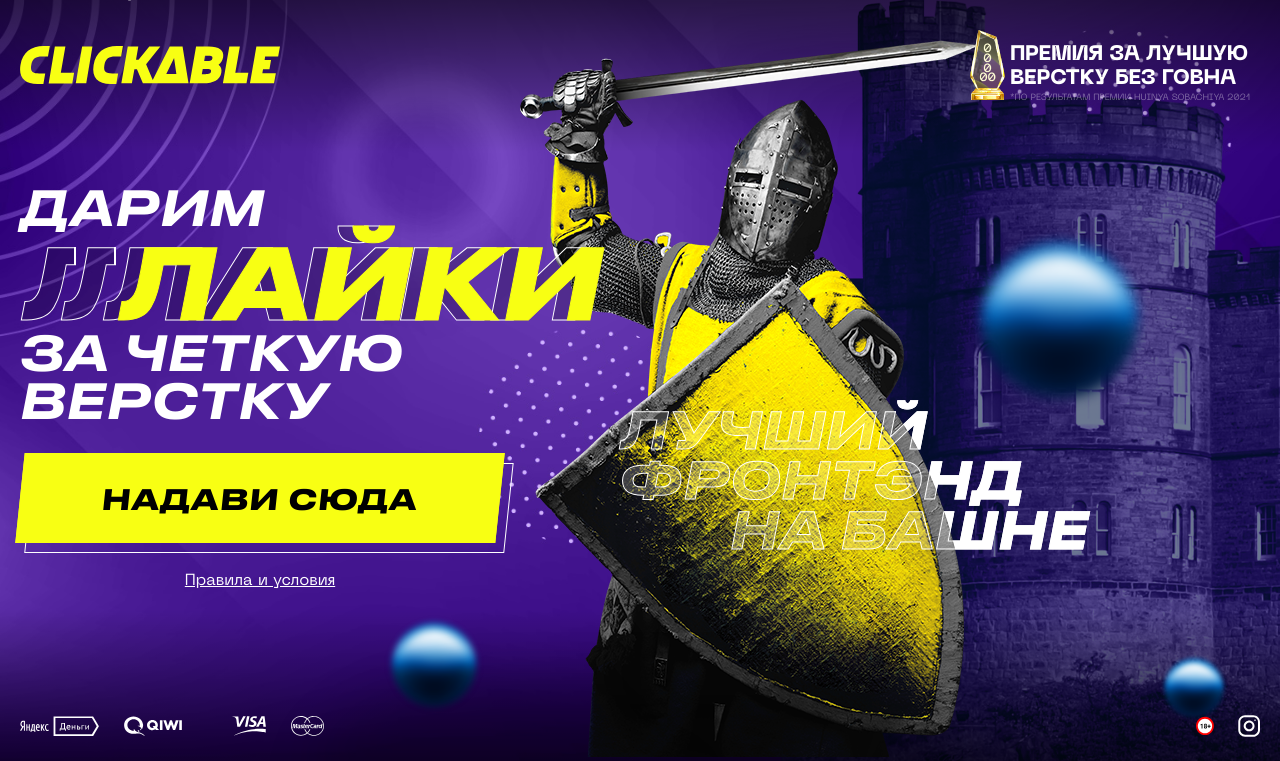
Repository: stanislavExtE/clickable_test
Page: app/index.html
The author's editor kept a copy of each file at every save. The page is drawn from the files as they stood at one save, then again after the next save.
The browser window is 1280 px wide. The pictures show the whole page.
The style sheet was rebuilt from its Sass, Less or Tailwind sources for each picture, by a compiler version that may differ from the author's.

Above is the page before, as saved 2021-01-14 12:05:30.

### app/index.html
<!DOCTYPE html>
<html xmlns="http://www.w3.org/1999/xhtml" lang="en">

<head>
	<meta http-equiv="Content-Type" content="text/html; charset=utf-8" />
	<meta name="format-detection" content="telephone=no">
	<meta name="viewport" content="width=device-width, initial-scale=1, maximum-scale=1">
	<title>Clickable - лучший фронтенд на башне</title>
	<link rel="icon" type="image/x-icon" href="favicon.ico" />
	<link rel="stylesheet" type="text/css" href="css/style.css" />
</head>

<body class="loaded">


	<!-- BEGIN BODY -->

	<div class="main-wrapper">

		<!-- BEGIN CONTENT -->

		<main class="content">
			<section class="info-section">
				<div class="wrapper">
					<div class="info">
						<div class="slogan info__slogan">
							<div class="slogan__content">
								<div class="slogan__text">
									<div class="slogan__text-stroke" data-text="лучший фронтэнд">лучший фронтэнд</div>
									<div class="slogan__text-stroke" data-text="на башне">на башне</div>
								</div>
								<!-- <img src="img/knight.png" srcset="knight_mob.png 200w,
								img/knight.png 760w"  sizes="(max-width:767px) 60vw,  652px" alt="knight" class="slogan__knight"> -->
								<picture class="slogan__knight">
									<source	media="(max-width: 767px)" srcset="img/knight_mob.png">
									<source	media="(min-width: 768px)" srcset="img/knight.png">
									<img src="img/knight.png" alt="knight" />
								</picture>
							</div>
						</div>
						<div class="cta info__cta">
							<div class="cta__title">
								<div class="cta__title-word">Дарим</div>
								<div class="accent">
									<div class="accent__word">Л</div>
									<div class="accent__word">Л</div>
									<div class="accent__text" data-accent-text='ЛАЙКИ'>ЛАЙКИ</div>
								</div>
								<div class="cta__title-word">За четкую верстку</div>
							</div>
							<div class="cta__button-box">
								<a href="#" class="btn cta__btn">надави сюда</a>
								<a href="#" class="link cta__rules-link">Правила и условия</a>
							</div>
						</div>
						<div class="award info__award">
							<div class="award__prize">
								<img src="img/award.png" alt="award" class="award__prize-img">
							</div>
							<div class="award__info">
								<div class="award__title">ПРЕМИЯ ЗА ЛУЧШУЮ ВЕРСТКУ без говна</div>
								<div class="award__description">*ПО РЕЗУЛЬТАТАМ ПРЕМИИ Huinya sobachiya 2021</div>
							</div>
						</div>
					</div>
					<div class="balls">
						<img src="img/ball.png" alt="ball" class="ball ball_lg-size">
						<img src="img/ball.png" alt="ball" class="ball">
						<img src="img/ball.png" alt="ball" class="ball ball_sm-size">
					</div>
				</div>
			</section>
		</main>

		<!-- CONTENT EOF   -->

		<!-- BEGIN HEADER -->

		<header class="header">
			<div class="wrapper ">
				<div class="header__content">
					<a href="#" class="logo header__logo">
						<img src="img/logo.svg" alt="logo" class="logo__img">
					</a>
					<div class="award header__award">
						<div class="award__prize">
							<img src="img/award.png" alt="award" class="award__prize-img">
						</div>
						<div class="award__info">
							<div class="award__title">ПРЕМИЯ ЗА ЛУЧШУЮ ВЕРСТКУ без говна</div>
							<div class="award__description">*ПО РЕЗУЛЬТАТАМ ПРЕМИИ Huinya sobachiya 2021</div>
						</div>
					</div>
				</div>
			</div>
		</header>

		<!-- HEADER EOF   -->

		<!-- BEGIN FOOTER -->

		<footer class="footer">
			<div class="wrapper">
				<div class="footer__content">
					<div class="payments">
						<div class="payment"><img src="img/icons/yandex_money.svg" alt="yandex_money"
								class="payment__img"></div>
						<div class="payment"><img src="img/icons/qiwi.svg" alt="qiwi" class="payment__img"></div>
						<div class="payment"><img src="img/icons/webmoney.svg" alt="webmoney" class="payment__img"></div>
						<div class="payment"><img src="img/icons/visa.svg" alt="visa" class="payment__img"></div>
						<div class="payment"><img src="img/icons/mastercard.svg" alt="mastercard" class="payment__img">
						</div>
					</div>
					<div class="icons">
						<div class="icon"><img src="img/icons/pegi_18.svg" alt="pegi_18" class="icon__img"></div>
						<a href="#" class="icon"><img src="img/icons/insta.svg" alt="instagram" class="icon__img"></a>
					</div>
				</div>
			</div>
		</footer>

		<!-- FOOTER EOF   -->

	</div>

	<div class="icon-load"></div>

	<!-- BODY EOF   -->

	<!-- <script src="js/jquery-3.5.1.min.js"></script> -->
	<!-- <script src="js/jquery-migrate-3.3.0.min.js"></script> -->
	<!--
	<script src="js/components/jquery.fancybox.js" ></script>
	<script src="js/components/jquery.formstyler.js" ></script>
	<script src="js/components/slick.js" ></script>
	<script src="js/components/jquery.mCustomScrollbar.js" ></script>
	-->
	<script src="js/custom.js"></script>
</body>

</html>

### app/scss/style.scss
@import "base/_reset";
@import "base/_fonts";
//@import "components/_jquery.formstyler";
//@import "components/_fancybox";
//@import "components/_slick";
//@import "components/_mCustomScrollbar";
@import "components/_bootstrap";
@import "layout/_repetitive";
@import "layout/_header";
@import "layout/_footer";
@import "layout/_content";

### app/scss/base/_reset.scss
@import '../utils/_mixins';
@import '../utils/_variables';

body {
	margin: 0px;
	padding: 0px;
	font-family: $base-font-family;
	background-color: $base-bg;
	height: 100%;
	line-height: 1;
	position: relative;
	font-size: $base-font-size!important;
	-webkit-font-smoothing: antialiased;
	-moz-osx-font-smoothing: grayscale;
}



/*MAIN*/
html, body, div, span, applet, object, iframe, h1, h2, h3, h4, h5, h6, p, blockquote, pre, a, abbr, acronym, address, big, cite, code,
del, dfn, em, img, ins, kbd, q, s, samp, small, strike, strong, sub, sup, tt, var, b, u, i, center, dl, dt, dd, ol, ul, li, fieldset,
form, label, legend, table, caption, tbody, tfoot, thead, tr, th, td, article, aside, canvas, details, embed, figure, figcaption, footer,
header, hgroup, menu, nav, output, ruby, section, summary, time, mark, audio, video {
	margin: 0; padding: 0; border: 0; font-size: 100%; outline: none;
    -webkit-tap-highlight-color: rgba(0, 0, 0, 0);

}

/* HTML5 display-role reset for older browsers */
article, aside, details, figcaption, figure, footer, header, hgroup, menu, nav, section, main {
	display: block;
}
blockquote, q {
	quotes: none;
}
blockquote:before,
blockquote:after,
q:before,
q:after {
	content: '';
	content: none;
}

table {
	border-collapse: collapse;
	border-width: 0px;
	padding: 0px;
	margin: 0px;
}

html {
	height: 100%;
	-webkit-text-size-adjust: none;
	-ms-text-size-adjust: none;
}

input,
textarea {
	color: #333;
	font-family: $base-font-family;
	outline: none;
	border-radius: 0;
	-moz-border-radius: 0;
	-webkit-border-radius: 0;
	-webkit-appearance: none;
    border: none;
}

input[type="button"],
input[type="submit"],
button {
	cursor: pointer
}

input[type=number]::-webkit-inner-spin-button,
input[type=number]::-webkit-outer-spin-button {
  -webkit-appearance: none;
  margin: 0;
}

td {
	margin: 0px;
	padding: 0px;
}

ul{
    list-style: none;
    list-style-image: url(data:[embedded picture, 78 characters]);
}

form {
	padding: 0px;
	margin: 0px;
}

img{
    max-width: 100%;
}

a {
    color: inherit;
	text-decoration: none;
	outline: none;
    @include transition($default-transition);
}

a,
span,
div,
button {
	outline: none!important
}
input[type="search"]::-webkit-search-decoration,
input[type="search"]::-webkit-search-cancel-button,
input[type="search"]::-webkit-search-results-button,
input[type="search"]::-webkit-search-results-decoration {
  -webkit-appearance:none;
}
input[type=submit],
input[type=button],
button {
	-webkit-appearance: none;
	outline: none;
}

* {
	-webkit-box-sizing: border-box;
	-moz-box-sizing: border-box;
	box-sizing: border-box;
}

*:before,
*:after {
	-webkit-box-sizing: border-box;
	-moz-box-sizing: border-box;
	box-sizing: border-box;
}

.clearfix:after,
.wrapper:after,
.row:after{
	content: ".";
	display: block;
	height: 0;
	clear: both;
	visibility: hidden;
}

### app/scss/utils/_variables.scss
$paddings: 20px;
$min-width: 320px;
$base-wrapp: 1366px;
$max-width: calc(#{$base-wrapp} + #{$paddings} * 2);
$base-bg:#F0EAE1;
$base-font-size: 1rem;
$base-line-height: 1.75rem;
$base-font-family: "Neue Machina", "Open Sans", Arial, sans-serif;
$custom-font-family: "Druk Text Wide Cyr","Open Sans",  Arial, sans-serif;
$default-transition: all 0.4s linear;
$trs: all 0.3s linear;
$trs-wow: all 1s linear;

$ff-book: $base-font-family;
$ff-demi: $custom-font-family;


$shadow: 2px 6px 20px rgba(0, 164, 91, 0.25);
$shadow_light: 2px 6px 20px rgba(0, 164, 91, 0.10);

//breakpoints
$xs: 567px;
$sm: 767px;
$md: 991px;
$lg: 1279px;
$xl: 1435px;

/* main variables */

$col-1: #f8ff13;
$col-2: #F0EAE1;
$col-3: #0A0A0A;
$col-4: #fff;
$col-5: #161616;
$col-6: #bbbbbb;
$col-7: #7e7e7e;

$bg-1:rgba(#fff, .1);

$bd: rgba(187, 187, 187, 0.5);

//text, titles
$tc-1: #303030;
$tc-2: #fff;
$tc-3: $col-1;
$tc-4: $col-5;
$title-main-color: #fff;
$title-color: #fff;


$font-size-h1: 36px;
$line-height-h1: 49px;
$font-size-h2: 36px;
$line-height-h2: 49px;
$font-size-h3: 36px;
$line-height-h3: 49px;
$font-size-h4: 18px;
$line-height-h4: 24px;

$f-s-xs: 14px;
$lh-xs: 14px;
$f-s-sm: 16px;
$lh-sm: 22px;
$f-s-md: 28px;
$lh-md: 38px;
$f-s-lg: 30px;
$lh-lg: 30px;

$f-s-big-xs: 34px;
$f-s-big-sm: 40px;
$f-s-big-md: 50px;
$lh-big-md: 62px;
$f-s-big-lg: 100px;
$lh-big-lg: 110px;
$f-s-big-xl: 110px;
$lh-big-xl: 90px;

### app/scss/components/_bootstrap.scss
/*!
 * Generated using the Bootstrap Customizer (https://getbootstrap.com/docs/3.4/customize/)
 *//*!
 * Bootstrap v3.4.1 (https://getbootstrap.com/)
 * Copyright 2011-2019 Twitter, Inc.
 * Licensed under MIT (https://github.com/twbs/bootstrap/blob/master/LICENSE)
 *//*! normalize.css v3.0.3 | MIT License | github.com/necolas/normalize.css */.row{margin-right:-15px;margin-left:-15px}.row-no-gutters{margin-right:0;margin-left:0}.row-no-gutters [class*="col-"]{padding-right:0;padding-left:0}.col-xs-1, .col-sm-1, .col-md-1, .col-lg-1, .col-xs-2, .col-sm-2, .col-md-2, .col-lg-2, .col-xs-3, .col-sm-3, .col-md-3, .col-lg-3, .col-xs-4, .col-sm-4, .col-md-4, .col-lg-4, .col-xs-5, .col-sm-5, .col-md-5, .col-lg-5, .col-xs-6, .col-sm-6, .col-md-6, .col-lg-6, .col-xs-7, .col-sm-7, .col-md-7, .col-lg-7, .col-xs-8, .col-sm-8, .col-md-8, .col-lg-8, .col-xs-9, .col-sm-9, .col-md-9, .col-lg-9, .col-xs-10, .col-sm-10, .col-md-10, .col-lg-10, .col-xs-11, .col-sm-11, .col-md-11, .col-lg-11, .col-xs-12, .col-sm-12, .col-md-12, .col-lg-12{position:relative;min-height:1px;padding-right:15px;padding-left:15px}.col-xs-1, .col-xs-2, .col-xs-3, .col-xs-4, .col-xs-5, .col-xs-6, .col-xs-7, .col-xs-8, .col-xs-9, .col-xs-10, .col-xs-11, .col-xs-12{float:left}.col-xs-12{width:100%}.col-xs-11{width:91.66666667%}.col-xs-10{width:83.33333333%}.col-xs-9{width:75%}.col-xs-8{width:66.66666667%}.col-xs-7{width:58.33333333%}.col-xs-6{width:50%}.col-xs-5{width:41.66666667%}.col-xs-4{width:33.33333333%}.col-xs-3{width:25%}.col-xs-2{width:16.66666667%}.col-xs-1{width:8.33333333%}@media (min-width:768px){.col-sm-1, .col-sm-2, .col-sm-3, .col-sm-4, .col-sm-5, .col-sm-6, .col-sm-7, .col-sm-8, .col-sm-9, .col-sm-10, .col-sm-11, .col-sm-12{float:left}.col-sm-12{width:100%}.col-sm-11{width:91.66666667%}.col-sm-10{width:83.33333333%}.col-sm-9{width:75%}.col-sm-8{width:66.66666667%}.col-sm-7{width:58.33333333%}.col-sm-6{width:50%}.col-sm-5{width:41.66666667%}.col-sm-4{width:33.33333333%}.col-sm-3{width:25%}.col-sm-2{width:16.66666667%}.col-sm-1{width:8.33333333%}}@media (min-width:992px){.col-md-1, .col-md-2, .col-md-3, .col-md-4, .col-md-5, .col-md-6, .col-md-7, .col-md-8, .col-md-9, .col-md-10, .col-md-11, .col-md-12{float:left}.col-md-12{width:100%}.col-md-11{width:91.66666667%}.col-md-10{width:83.33333333%}.col-md-9{width:75%}.col-md-8{width:66.66666667%}.col-md-7{width:58.33333333%}.col-md-6{width:50%}.col-md-5{width:41.66666667%}.col-md-4{width:33.33333333%}.col-md-3{width:25%}.col-md-2{width:16.66666667%}.col-md-1{width:8.33333333%}}@media (min-width:1200px){.col-lg-1, .col-lg-2, .col-lg-3, .col-lg-4, .col-lg-5, .col-lg-6, .col-lg-7, .col-lg-8, .col-lg-9, .col-lg-10, .col-lg-11, .col-lg-12{float:left}.col-lg-12{width:100%}.col-lg-11{width:91.66666667%}.col-lg-10{width:83.33333333%}.col-lg-9{width:75%}.col-lg-8{width:66.66666667%}.col-lg-7{width:58.33333333%}.col-lg-6{width:50%}.col-lg-5{width:41.66666667%}.col-lg-4{width:33.33333333%}.col-lg-3{width:25%}.col-lg-2{width:16.66666667%}.col-lg-1{width:8.33333333%}}.clearfix:before,.clearfix:after,.container:before,.container:after,.container-fluid:before,.container-fluid:after,.row:before,.row:after{display:table;content:" "}.clearfix:after,.container:after,.container-fluid:after,.row:after{clear:both}.center-block{display:block;margin-right:auto;margin-left:auto}

### app/scss/layout/_repetitive.scss
.main-wrapper {
    padding: 0 0 0 0;
    min-width: $min-width;
    width: 100%;
    position: relative;
    overflow: hidden;
    min-height: 100%;
    display: -webkit-box;
    display: -moz-box;
    display: -ms-flexbox;
    display: -webkit-flex;
    display: flex;
    flex-direction: column;
    -webkit-flex-direction: column;
    -ms-flex-direction: column;
    justify-content: flex-start;
    -webkit-justify-content: flex-start;
    -ms-flex-pack: start;
    color: #ffffff;
    background: linear-gradient(180deg, rgba(0, 0, 0, 0.6) 0%, transparent 20%), linear-gradient(180deg, transparent 80%, rgba(0, 0, 0, 0.6) 100%),  url(../img/castle.png) no-repeat calc(45% + 500px) bottom / contain, url(../img/bg.jpg) no-repeat center / cover;

    &::before{
        content: '';
        position: absolute;
        left: 10%;
        top: 0;
        transform: translateY(-55%);
        width: 0.25vw;
        height: 0.25vw;
        background: url(../img/bg-circles.svg) no-repeat center / contain;
    }
}

.wrapper {
    max-width: $max-width;
    padding: 0 $paddings 0 $paddings;
    margin: 0 auto;
    position: relative;
}

/* titles */

/* text position */
.text-left {
    text-align: left !important
}

.text-center {
    text-align: center !important
}

.text-right {
    text-align: right !important
}

.nowrap {
    white-space: nowrap !important;
}


/* loader */
.loaded .main-wrapper {
    opacity: 0;
}

.icon-load {
    background: url(../img/loader.gif) no-repeat left top;
    width: 40px;
    height: 40px;
    position: fixed;
    left: 50%;
    top: 50%;
    margin-left: -20px;
    margin-left: -20px;
    display: none;
}

.loaded .icon-load {
    display: block;
}


.scrollDisabled {
    overflow: hidden;
    position: fixed !important;
    margin-top: 0;
    width: 100%;
    z-index: 0;

    @include br-p(992px, min) {
        padding-right: 17px;
    }

    .ios {
        padding-right: 0;
    }
}


.d-hide {
    display: none;
}

@include br-p($lg) {
    .lg-hide {
        display: none !important
    }

    .lg-show {
        display: block !important
    }

    .lg-show_flex {
        display: -ms-flexbox !important;
        display: flex !important
    }

    .lg-show_i-flex {
        display: -ms-inline-flexbox !important;
        display: inline-flex !important
    }
}

@include br-p($md) {
    .md-hide {
        display: none !important
    }

    .md-show {
        display: block !important
    }

    .md-show_flex {
        display: -ms-flexbox !important;
        display: flex !important
    }

    .md-show_i-flex {
        display: -ms-inline-flexbox !important;
        display: inline-flex !important
    }
}

@include br-p($sm) {
    .sm-hide {
        display: none !important
    }

    .sm-show {
        display: block !important
    }

    .sm-show_flex {
        display: -ms-flexbox !important;
        display: flex !important
    }

    .sm-show_i-flex {
        display: -ms-inline-flexbox !important;
        display: inline-flex !important
    }
}

@include br-p($xs) {
    .xs-hide {
        display: none !important
    }

    .xs-show {
        display: block !important
    }

    .xs-show_flex {
        display: -ms-flexbox !important;
        display: flex !important
    }

    .xs-show_i-flex {
        display: -ms-inline-flexbox !important;
        display: inline-flex !important
    }
}



/*
================================================================================
|                                     CONTENT                                 |
================================================================================
*/
.content {
    min-width: $min-width;
    text-align: left;
    width: 100%;
    order: 2;
    -webkit-order: 2;
    flex-grow: 1;
    -webkit-flex-grow: 1;
}


.title{

    &_xs{

    }
}

.text {


    &_sm {
        font-size: 14px;
    }

    &_md {}
}

.btn {
    display: inline-flex;
    justify-content: center;
    align-items: center;
    font-family: $custom-font-family;
    font-weight: 600;
    font-size: 28px;
    line-height: 15px;
    letter-spacing: 0.02em;
    text-transform: uppercase;
    width: 100%;
    max-width: 480px;
    min-height: 90px;
    color: #000;
    border-radius: 0;
    position: relative;
    transform: skew(-6deg);
    z-index: 2;

    &::after{
        content: '';
        position: absolute;
        left: 0;
        top: 0;
        width: 100%;
        height: 100%;
        border: 1px solid #fff;
        transform: translate(10px, 10px);
        z-index: -2;
        transition: all .3s;
    }

    &:before{
        content: '';
        position: absolute;
        left: 0;
        top: 0;
        width: 100%;
        height: 100%;
        border: 1px solid $col-1;
        background: $col-1;
        z-index: -1;
        transition: all .3s;
        transform: translate(0);
    }

    @include br-p(992px, min){


        &:hover{

            &:after{
                transform: translate(5px, 5px);
            }

            &:before{
                background: #ffffff;
                border-color: #fff;
                transform: translate(5px, 5px);
            }
        }

        &:active{

            &:after{
                transform: translate(5px, 5px);
            }

            &:before{
                background: darken($col-1, 12%);
                border-color: darken($col-1, 12%);
                transform: translate(5px, 5px);
            }
        }
    }
}

.link{
    text-decoration: underline;

}




@include br-p($xl) {}

@include br-p($lg) {}

@include br-p($md) {}

@include br-p($sm) {}

@include br-p($xs) {}

@include br-p(419px) {}

### app/scss/layout/_header.scss

/*
================================================================================
|                                     HEADER                                   |
================================================================================
*/
.header{
	width:100%;
	min-width: $min-width;
	text-align:left;
	order: 1;
	-webkit-order: 1;
	position: absolute;
	left: 0;
	width: 100%;
	top: 0;
	z-index: 3;
	// background: linear-gradient(180deg, rgba(#000, .6) 20%, transparent);
	padding: 30px 0;

	&__content{
		display: flex;
		align-items: center;
		justify-content: space-between;
	}

	&__logo {
		flex: 0 0 260px;
		max-width: 260px;
    }
}





@include br-p($xl) {

}

@include br-p($lg) {

}
@include br-p($md) {

}
@include br-p($sm) {

}

@include br-p($xs) {



}

@include br-p(419px) {


}

@include br-p(359px) {

}

### app/scss/layout/_footer.scss

/*
================================================================================
|                                     FOOTER                                   |
================================================================================
*/
.footer{
	text-align:left;
	width:100%;
	min-width: $min-width;
	order: 3;
	-webkit-order: 3;
	position: absolute;
	z-index: 2;
	width: 100%;
	bottom: 0;
	left: 0;
	padding: 20px 0;

	&::after{
		content: '';
		position: absolute;
		left: 50%;
		top: 100%;
		width: 40%;
		height: 100%;
		transform: translateX(-50%);
		// background: radial-gradient(circle, rgba(0,0,0,1) 0%, transparent 100%) center 100%;
		border-radius: 150px / 40px;
		box-shadow: 0px -11px 50px 70px rgba(0, 0, 0 , .2);
	}


	&__content{
		display: flex;
		align-items: center;
		justify-content: space-between;

	}
}

.payments{
	display: flex;
	align-items: center;
}

.payment{
	margin-right: 25px;

	&:last-child{
		margin: 0;
	}


	&__img{
		max-height: 20px;
		max-width: 260px;
		object-fit: contain;
		object-position: center;
	}
}

.icons{
	display: flex;
}

.icon{
	margin-right: 22px;

	&:last-child{
		margin: 0;
	}

	&__img{
		width: 22px;
		height: 22px;
		object-fit: contain;
		object-position: center;
	}
}


@include br-p($xl) {

}

@include br-p($lg) {

}
@include br-p($md) {

}
@include br-p($sm) {

}

@include br-p($xs) {

}

@include br-p(419px) {

}

Loaded but not shown: app/img/icons/mastercard.svg (6 lines, source omitted); app/img/icons/webmoney.svg (116 lines, source omitted); app/img/bg-circles.svg (63 lines, source omitted); app/img/icons/yandex_money.svg (4 lines, source omitted); app/img/icons/qiwi.svg (3 lines, source omitted); app/img/icons/insta.svg (3 lines, source omitted); app/img/icons/pegi_18.svg (5 lines, source omitted); app/img/logo.svg (24 lines, source omitted); app/img/icons/visa.svg (3 lines, source omitted); app/js/custom.js (55 lines, source omitted); app/scss/base/_fonts.scss (191 lines, source omitted); app/scss/utils/_mixins.scss (259 lines, source omitted); app/scss/layout/_content.scss (282 lines, source omitted)

After the next save:
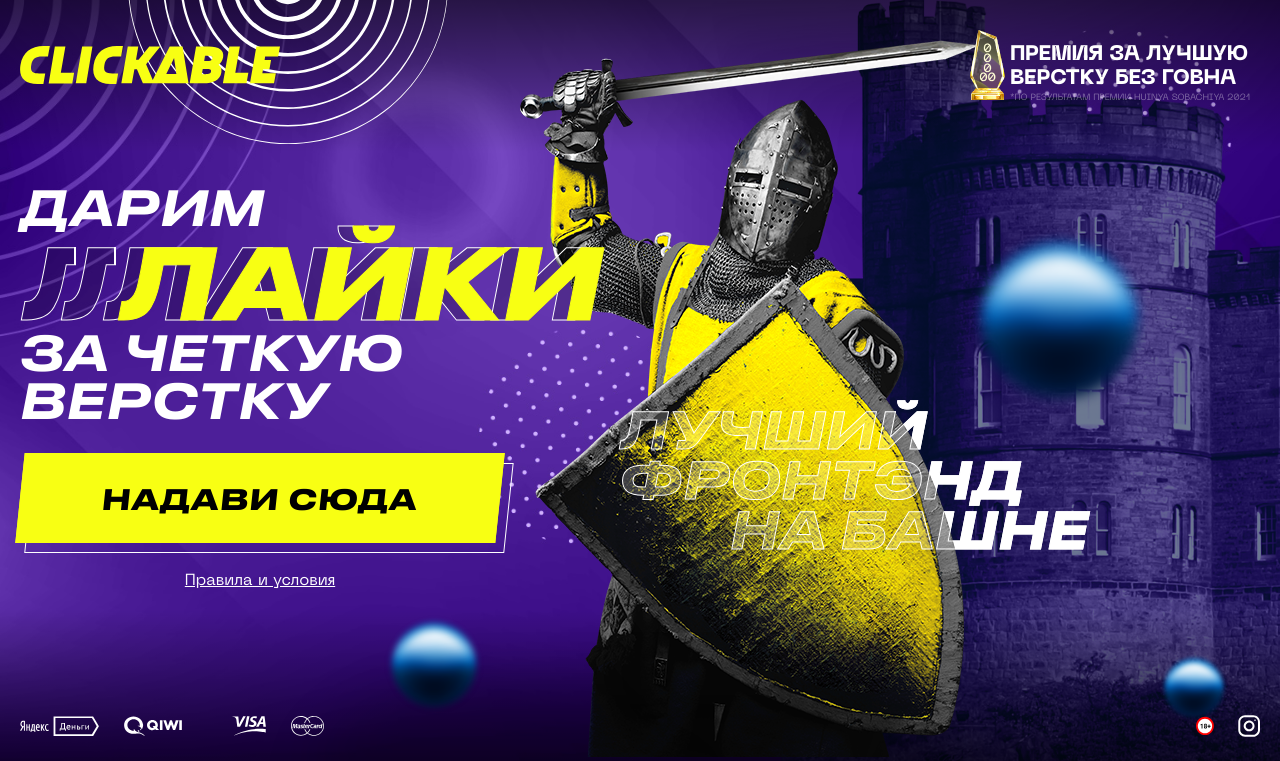
Saved 22 s later.
--- a/app/scss/layout/_repetitive.scss
+++ b/app/scss/layout/_repetitive.scss
@@ -25,8 +25,8 @@
         left: 10%;
         top: 0;
         transform: translateY(-55%);
-        width: 0.25vw;
-        height: 0.25vw;
+        width: 25vw;
+        height: 25vw;
         background: url(../img/bg-circles.svg) no-repeat center / contain;
     }
 }
